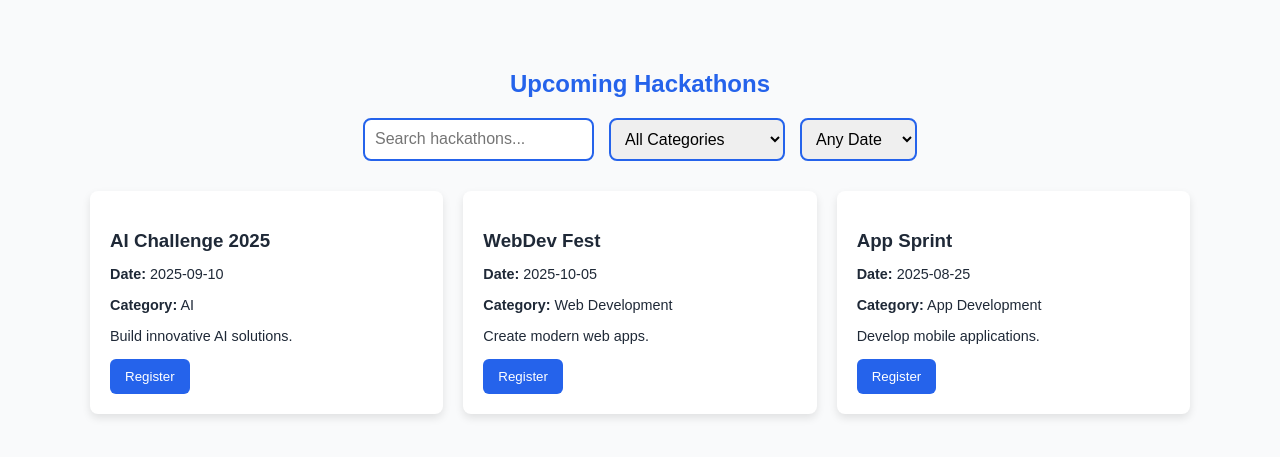
Repository: masihuddin-tech/Hackathon-Project
Page: participant.html
The author's editor kept a copy of each file at every save. The page is drawn from the files as they stood at one save, then again after the next save.
The browser window is 1280 px wide. The pictures show the whole page.

Above is the page before, as saved 2025-09-04 11:00:29.

### participant.html
<!DOCTYPE html>
<html lang="en">
<head>
  <meta charset="UTF-8">
  <meta name="viewport" content="width=device-width, initial-scale=1.0">
  <title>Participant Dashboard</title>
  <link rel="stylesheet" href="participant.css">
</head>
<body>

  <section class="participant-section">
    <h1>Upcoming Hackathons</h1>

    <!-- Search and Filters -->
    <div class="search-filter">
      <input type="text" id="searchInput" placeholder="Search hackathons...">
      <select id="categoryFilter">
        <option value="">All Categories</option>
        <option value="AI">AI</option>
        <option value="Web Development">Web Development</option>
        <option value="App Development">App Development</option>
      </select>
      <select id="dateFilter">
        <option value="">Any Date</option>
        <option value="upcoming">Upcoming</option>
        <option value="past">Past</option>
      </select>
    </div>

    <!-- Hackathon List -->
    <div class="hackathon-grid" id="hackathonList">
      <!-- Dummy data will be loaded here -->
    </div>
  </section>

  <script src="participant.js"></script>
</body>
</html>

### participant.css
body {
  font-family: 'Poppins', sans-serif;
  background: #f9fafb;
  margin: 0;
  padding: 0;
  color: #1f2937;
}

.participant-section {
  padding: 50px;
  max-width: 1100px;
  margin: auto;
}

h1 {
  text-align: center;
  margin-bottom: 20px;
  color: #2563eb;
}

.search-filter {
  display: flex;
  gap: 15px;
  justify-content: center;
  margin-bottom: 30px;
}

.search-filter input, .search-filter select {
  padding: 10px;
  border: 2px solid #2563eb;
  border-radius: 8px;
  font-size: 1rem;
}

.hackathon-grid {
  display: grid;
  grid-template-columns: repeat(auto-fill, minmax(280px, 1fr));
  gap: 20px;
}

.card {
  background: white;
  border-radius: 8px;
  padding: 20px;
  box-shadow: 0 4px 8px rgba(0,0,0,0.1);
  transition: transform 0.3s, box-shadow 0.3s;
}

.card:hover {
  transform: translateY(-5px) scale(1.02);
  box-shadow: 0 10px 20px rgba(0,0,0,0.15);
}

.card h3 {
  margin-bottom: 10px;
}

.card p {
  font-size: 0.9rem;
  margin-bottom: 15px;
}

.card button {
  background: #2563eb;
  color: white;
  border: none;
  padding: 10px 15px;
  border-radius: 6px;
  cursor: pointer;
  transition: background 0.3s;
}

.card button:hover {
  background: #1e40af;
}

### participant.js
// Dummy hackathon data
const hackathons = [
  { name: "AI Challenge 2025", date: "2025-09-10", category: "AI", description: "Build innovative AI solutions." },
  { name: "WebDev Fest", date: "2025-10-05", category: "Web Development", description: "Create modern web apps." },
  { name: "App Sprint", date: "2025-08-25", category: "App Development", description: "Develop mobile applications." }
];

const hackathonList = document.getElementById("hackathonList");
const searchInput = document.getElementById("searchInput");
const categoryFilter = document.getElementById("categoryFilter");
const dateFilter = document.getElementById("dateFilter");

function displayHackathons(data) {
  hackathonList.innerHTML = "";
  data.forEach(h => {
    hackathonList.innerHTML += `
      <div class="card">
        <h3>${h.name}</h3>
        <p><strong>Date:</strong> ${h.date}</p>
        <p><strong>Category:</strong> ${h.category}</p>
        <p>${h.description}</p>
        <button onclick="register('${h.name}')">Register</button>
      </div>
    `;
  });
}

function register(hackathonName) {
  alert(`You have registered for ${hackathonName}!`);
}

function filterHackathons() {
  let searchText = searchInput.value.toLowerCase();
  let category = categoryFilter.value;
  let dateType = dateFilter.value;

  let filtered = hackathons.filter(h =>
    h.name.toLowerCase().includes(searchText) &&
    (category === "" || h.category === category) &&
    (dateType === "" ||
      (dateType === "upcoming" && new Date(h.date) >= new Date()) ||
      (dateType === "past" && new Date(h.date) < new Date())
    )
  );

  displayHackathons(filtered);
}

searchInput.addEventListener("input", filterHackathons);
categoryFilter.addEventListener("change", filterHackathons);
dateFilter.addEventListener("change", filterHackathons);

// Initial display
displayHackathons(hackathons);

After the next save:
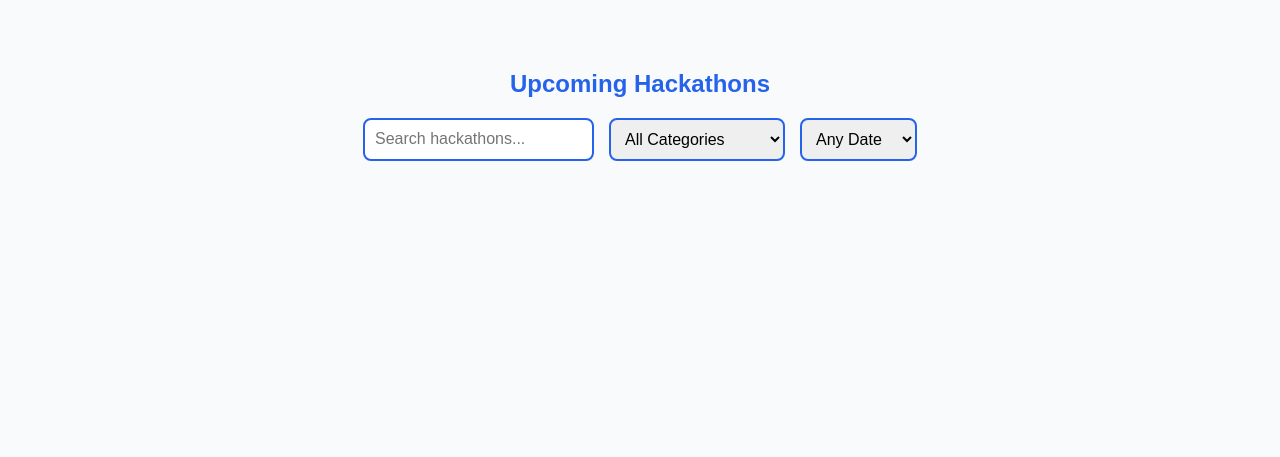
Saved 3 days later.
--- a/participant.js
+++ b/participant.js
@@ -1,54 +1,54 @@
-// Dummy hackathon data
-const hackathons = [
-  { name: "AI Challenge 2025", date: "2025-09-10", category: "AI", description: "Build innovative AI solutions." },
-  { name: "WebDev Fest", date: "2025-10-05", category: "Web Development", description: "Create modern web apps." },
-  { name: "App Sprint", date: "2025-08-25", category: "App Development", description: "Develop mobile applications." }
-];
+// // Dummy hackathon data
+// const hackathons = [
+//   { name: "AI Challenge 2025", date: "2025-09-10", category: "AI", description: "Build innovative AI solutions." },
+//   { name: "WebDev Fest", date: "2025-10-05", category: "Web Development", description: "Create modern web apps." },
+//   { name: "App Sprint", date: "2025-08-25", category: "App Development", description: "Develop mobile applications." }
+// ];
 
-const hackathonList = document.getElementById("hackathonList");
-const searchInput = document.getElementById("searchInput");
-const categoryFilter = document.getElementById("categoryFilter");
-const dateFilter = document.getElementById("dateFilter");
+// const hackathonList = document.getElementById("hackathonList");
+// const searchInput = document.getElementById("searchInput");
+// const categoryFilter = document.getElementById("categoryFilter");
+// const dateFilter = document.getElementById("dateFilter");
 
-function displayHackathons(data) {
-  hackathonList.innerHTML = "";
-  data.forEach(h => {
-    hackathonList.innerHTML += `
-      <div class="card">
-        <h3>${h.name}</h3>
-        <p><strong>Date:</strong> ${h.date}</p>
-        <p><strong>Category:</strong> ${h.category}</p>
-        <p>${h.description}</p>
-        <button onclick="register('${h.name}')">Register</button>
-      </div>
-    `;
-  });
-}
+// function displayHackathons(data) {
+//   hackathonList.innerHTML = "";
+//   data.forEach(h => {
+//     hackathonList.innerHTML += `
+//       <div class="card">
+//         <h3>${h.name}</h3>
+//         <p><strong>Date:</strong> ${h.date}</p>
+//         <p><strong>Category:</strong> ${h.category}</p>
+//         <p>${h.description}</p>
+//         <button onclick="register('${h.name}')">Register</button>
+//       </div>
+//     `;
+//   });
+// }
 
-function register(hackathonName) {
-  alert(`You have registered for ${hackathonName}!`);
-}
+// function register(hackathonName) {
+//   alert(`You have registered for ${hackathonName}!`);
+// }
 
-function filterHackathons() {
-  let searchText = searchInput.value.toLowerCase();
-  let category = categoryFilter.value;
-  let dateType = dateFilter.value;
+// function filterHackathons() {
+//   let searchText = searchInput.value.toLowerCase();
+//   let category = categoryFilter.value;
+//   let dateType = dateFilter.value;
 
-  let filtered = hackathons.filter(h =>
-    h.name.toLowerCase().includes(searchText) &&
-    (category === "" || h.category === category) &&
-    (dateType === "" ||
-      (dateType === "upcoming" && new Date(h.date) >= new Date()) ||
-      (dateType === "past" && new Date(h.date) < new Date())
-    )
-  );
+//   let filtered = hackathons.filter(h =>
+//     h.name.toLowerCase().includes(searchText) &&
+//     (category === "" || h.category === category) &&
+//     (dateType === "" ||
+//       (dateType === "upcoming" && new Date(h.date) >= new Date()) ||
+//       (dateType === "past" && new Date(h.date) < new Date())
+//     )
+//   );
 
-  displayHackathons(filtered);
-}
+//   displayHackathons(filtered);
+// }
 
-searchInput.addEventListener("input", filterHackathons);
-categoryFilter.addEventListener("change", filterHackathons);
-dateFilter.addEventListener("change", filterHackathons);
+// searchInput.addEventListener("input", filterHackathons);
+// categoryFilter.addEventListener("change", filterHackathons);
+// dateFilter.addEventListener("change", filterHackathons);
 
-// Initial display
-displayHackathons(hackathons);
+// // Initial display
+// displayHackathons(hackathons);
